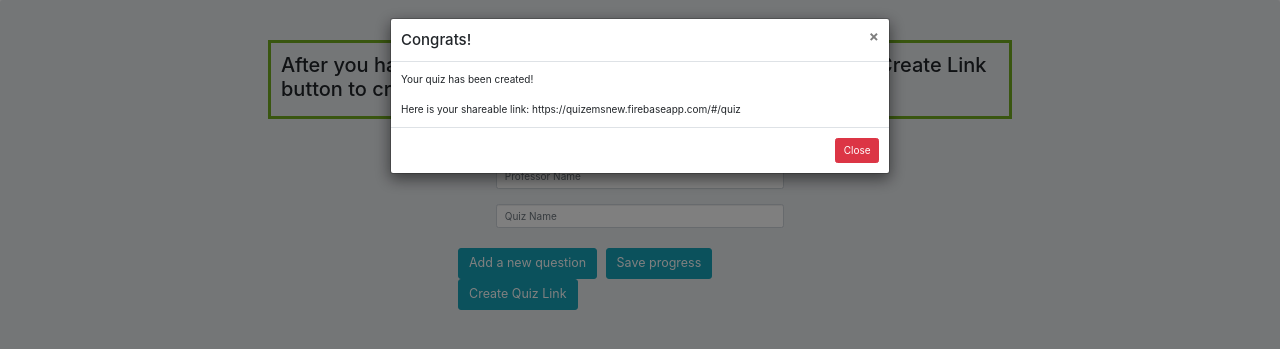
Repository: phillipdacosta/QuizemsNew
Page: /#/home, after clicking the first element matching `div.headingButtons > :nth-child(3)`
The author's editor kept a copy of each file at every save. The page is drawn from the files as they stood at one save, then again after the next save.
The browser window is 1280 px wide. The pictures show the whole page.
An inner scrolling area shows only its first screen. Some web libraries are served in a nearby version. The project was rebuilt for these pictures with package versions that can differ from the ones it lists, and the page was loaded fresh each time. Also part of the build but not shown: angular.json, src/app/quiz/quiz.component.ts, src/app/about/about.component.ts, src/app/student/student.component.ts, src/app/questions/questions.component.ts, src/app/question-display/question-display.component.ts, src/app/timer/timer.component.ts.

Above is the page before, as saved 2019-06-30 17:48:28.

After the next save:
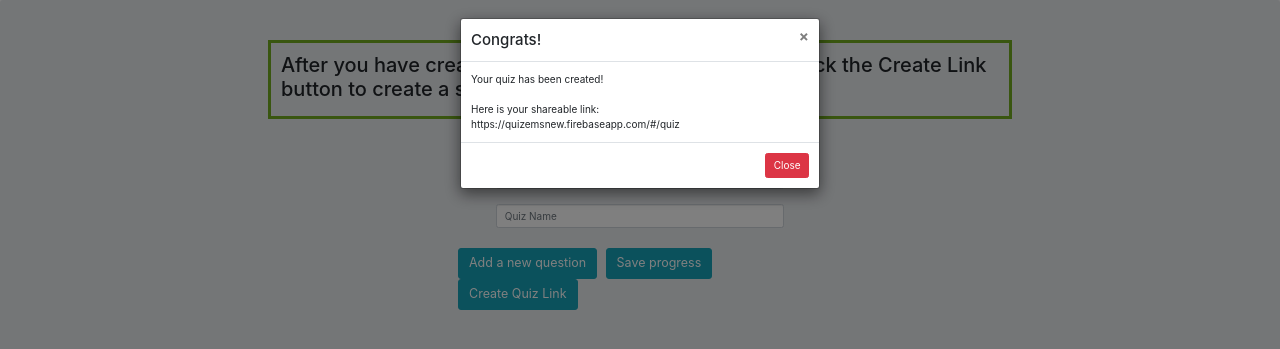
Saved 88 s later.
--- a/src/app/professor/professor.component.css
+++ b/src/app/professor/professor.component.css
@@ -27,9 +27,10 @@
 
 }
 
-.modal-lg{
+.modal-dialog {
 
-  width: 750px;
-  height: 750px;
+  width: 360px;
+
+  height:600px !important;
 
 }

After the save that followed:
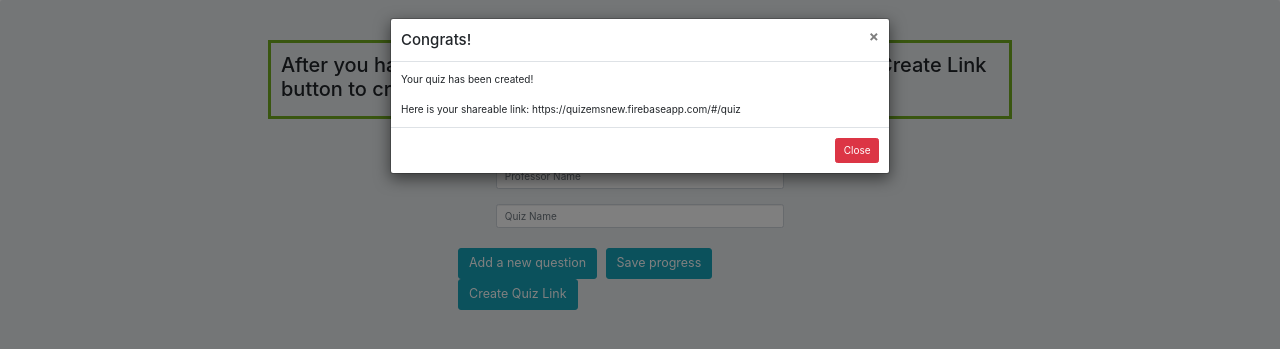
Saved 10 s later.
--- a/src/app/professor/professor.component.css
+++ b/src/app/professor/professor.component.css
@@ -29,8 +29,8 @@
 
 .modal-dialog {
 
-  width: 360px;
+  width: 3160px;
 
-  height:600px !important;
+  height:1600px !important;
 
 }
